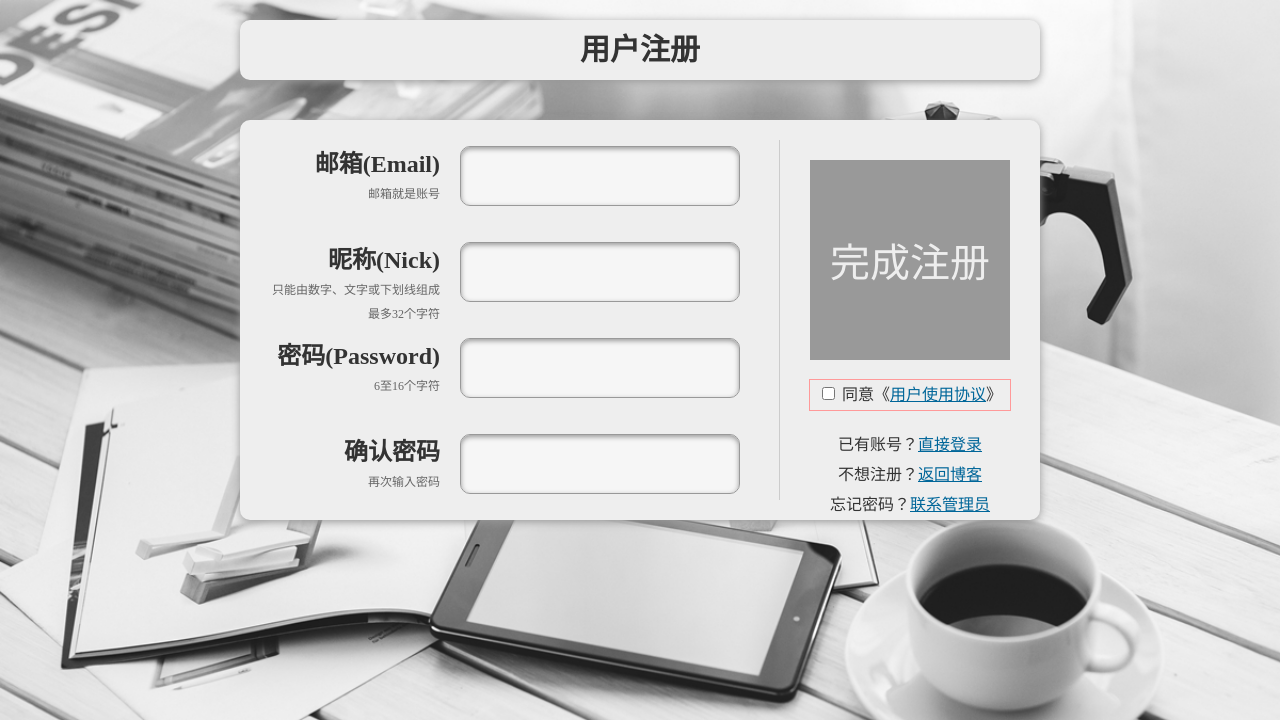
Repository: SUT-GC/myblog
Page: http://localhost/myblog/jsp/registered/registered.jsp
An editor plug-in stored every save of this project. The page is shown before and after the next save, followed by the edit.
The browser window is 1280 px wide. The pictures show the whole page.
The page is served by Tomcat 9. Other server files are loaded and not shown.

Above is the page before, as saved 2015-10-01 09:56:38.

### javaee_workspace/myblog/WebContent/jsp/registered/registered.jsp
<%@ page language="java" contentType="text/html; charset=utf-8"
    pageEncoding="utf-8"%>
<!DOCTYPE html PUBLIC "-//W3C//DTD HTML 4.01 Transitional//EN" "http://www.w3.org/TR/html4/loose.dtd">
<html>
<head>
<meta http-equiv="Content-Type" content="text/html; charset=utf-8" />
<title>GC博客用户注册</title>
<script id="jquery_183" type="text/javascript" class="library" src="js/jquery-1.8.3.min.js"></script>
</head>
<body>
<div class="back">
<div id="top"><h1>用户注册</h1></div>
<div class="form-bak">
<form method="post" action="../login/login.jsp" onsubmit="adaptValue();">
<div class="left">
<div class="line" id="line_account">
<div class="info">
<strong>邮箱(Email)</strong>
<span class="tips">邮箱就是账号</span>
</div>
<div class="input">
<input type="text" name="account" id="account" onblur="v_account();" onkeyup="v_account();"/>
<div class="none">
<span></span>
</div>
</div>
</div>
<div class="line" id="line_name">
<div class="info">
<strong>昵称(Nick)</strong>
<span class="tips">只能由数字、文字或下划线组成<br />最多32个字符</span>
</div>
<div class="input">
<input type="text" name="name" id="name" onblur="v_name();" onkeyup="v_name();" />
<div class="none">
<span></span>
</div>
</div>
</div>
<div class="line" id="line_password">
<div class="info">
<strong>密码(Password)</strong>
<span class="tips">6至16个字符</span>
</div>
<div class="input">
<input type="password" name="password" id="password" onblur="v_password();" onkeyup="v_password();" />
<div class="none">
<span></span>
</div>
</div>
</div>
<div class="line" id="line_repeat">
<div class="info">
<strong>确认密码</strong>
<span class="tips">再次输入密码</span>
</div>
<div class="input">
<input type="password" name="repeat" id="repeat" onblur="v_repeat();" onkeyup="v_repeat();" />
<div class="none">
<span></span>
</div>
</div>
</div>
</div>
<div class="right">
<input type="submit" id="submit" value="完成注册" disabled="disabled"/>
<div class="readagreement-wrap" onclick="onReadAgreementClick();">
<input type="checkbox" name="agree" id="agree" onchange="v_submitbutton();" />
同意《<a id="readagreement" href="#agreement" onclick="showAgreement();" title="查看用户使用协议">用户使用协议</a>》
</div>
<div>已有账号？<a href="../login/login.jsp">直接登录</a></div>
<div>不想注册？<a href="../nav/index.jsp">返回博客</a></div>
<div>忘记密码？<a href="#">联系管理员</a></div>
</div>
</form>
</div>
<div id="agreement" class="agreement" style="display:none;">
<h1>用户使用协议</h1>
<iframe src=""></iframe>
<input type="button" value="同意" onclick="agree();"/>
<a href="#" class="backtotop" >返回顶部</a>
</div>
</div>
</body>
</html>
<style>* { font-family:"微软雅黑","黑体","宋体"; color:#333;}
a {color:#069;}
body {margin:0; padding:0; background:#ddd;  background: url('img/registered_bg.jpg');
  background-size: 100%,auto;}
.form-bak {width:800px; height:400px; margin:40px auto; background:#eee; border-radius:10px; box-shadow:0 2px 8px #999;}
.left {float:left; width:500px; height:400px;}
.line {width:100%; height:80px; margin:16px 0 0 0;}
.info {float:left; height:100%; width:200px;}
.info strong, .info span {display:block; text-align:right;}
.info strong {font-size:24px; line-height:36px; margin-top:10px; color:#333; }
.info span {font-size:12px; line-height:24px; color:#666; font-family:"微软雅黑","宋体"; }
.input input {background:none; border:none; outline:none; font-size:18px; line-height:40px; height:40px; width:240px; padding:9px 0 9px 9px; border-radius:10px;}
.input {float:right; width:278px; height:58px; background:#f6f6f6; border:1px solid #999; border-radius:10px; box-shadow:inset 0 2px 5px #999; margin:10px 0; position:relative; }
.error,.corect {height:20px; width:20px; position:absolute; top:19px; right:9px; background:url("js/ICON_20.svg") no-repeat 0 -20px;}
.error span {display:block; position:absolute; top:30px; right:20px; background:#fcc; border:1px solid #f33; font-size:12px; line-height:16px; color:#600; padding:6px 10px 4px 10px; border-radius:5px; opacity:.8; white-space:nowrap; overflow:hidden;}
.corect {background-position:0 0;}
.corect span{display:none;}
.none {display:none;}

.right {float:right; width:260px; height:360px; margin:20px 0 0 0; border-left:1px solid #ccc;}
input[type=submit] {background:none; border:none; outline:none; margin:0; padding:0; cursor:pointer;
font-size:40px; height:200px; width:200px; background:#369; margin:20px 30px 0 30px; color:#eee;}
input[type=submit]:disabled {background:#999; cursor:no-drop;}
.right div { margin:0 30px; width:200px; height:30px; line-height:30px; text-align:center;}
.readagreement-wrap {margin:20px 30px!important; outline:1px solid #f99;}

#top h1 {font-size:30px; line-height:40px; padding:10px; text-align:center;}
.agreement,#top {width:800px; margin:20px auto; background:#eee; border-radius:10px; box-shadow:0 2px 8px #999; text-align:center;}
.agreement h1 {display:block; font-size:24px; line-height:30px; padding:20px 20px 10px 20px; margin:0; color:#333; text-align:center;}
.agreement iframe { width:760px; min-height:400px; margin:0 20px 20px 20px; border:none; outline:none;}
.agreement .backtotop {display:block; line-height:20px; padding:10px; text-align:center;}
</style>

<script>function enableSubmit(bool){
if(bool)$("#submit").removeAttr("disabled");
else $("#submit").attr("disabled","disabled");
}
function v_submitbutton(){
if($("#agree").attr("checked")!="checked") {
enableSubmit(false);
$(".readagreement-wrap").css("outline","1px solid #f99");
return;
}else{$(".readagreement-wrap").css("outline","1px solid #9f9");}
for(f in flags) if(!flags[f]) {enableSubmit(false); return;}
enableSubmit(true);
}
function showAgreement(){
$("#readagreement").removeAttr("onclick");
$("#agreement").show();
$("#agreement iframe").attr("src","http://www.baidu.com");//此处为链接地址
}
function agree(){
$("#agreement").hide();
$("#readagreement").attr("onclick","showAgreement();");
if($("#agree").attr("checked")!="checked") $("#agree").trigger("click");
}
function onReadAgreementClick(){
return;
if($("#agree").attr("checked")){
$("#agree").removeAttr("checked");
}else{
$("#agree").attr("checked","checked");
}
v_submitbutton();
}
var flags = [false,false,false,false];
//邮箱验证，网上找到的正则
var RegEmail = /^([a-zA-Z0-9]+[_|\_|\.]?)*[a-zA-Z0-9]+@([a-zA-Z0-9]+[_|\_|\.]?)*[a-zA-Z0-9]+\.[a-zA-Z]{2,3}$/;
function lineState(name,state,msg){
if(state=="none"){$("#line_"+name+" .input div").attr("class","none"); return;}
if(state=="corect"){$("#line_"+name+" .input div").attr("class","corect");return;}
$("#line_"+name+" .input span").text(msg);$("#line_"+name+" .input div").attr("class","error");
}
function v_account(){
var account = $("#account").val();
if(!RegEmail.test(account)) {lineState("account","error","邮箱格式不正确"); flags[0]=false;enableSubmit(false);}
else{lineState("account","corect","");flags[0] = true;}
v_submitbutton();
}
function v_name(){
var name = $("#name").val();
if(name.length==0) {lineState("name","error","不得为空"); flags[1]=false;}
else{
if(name.length>32) {lineState("name","error","必须少于32个字符"); flags[1]=false;}
else{lineState("name","corect",""); flags[1] = true;}
}
v_submitbutton();
}
function v_password(){
var password = $("#password").val();
if(password.length<6) {lineState("password","error","必须多于或等于6个字符"); flags[2]=false;}
else{
if(password.length>16){lineState("password","error","必须少于或等于16个字符"); flags[2]=false;}
else{
lineState("password","corect","");
flags[2] = true;
}
}
v_repeat();
v_submitbutton();
}
function v_repeat(){
if(!flags[2]) {lineState("repeat","none",""); return;}
if($("#password").val()!=$("#repeat").val()) {lineState("repeat","error","密码不一致"); flags[3]=false;}
else{
lineState("repeat","corect","");
flags[3] = true;
}
v_submitbutton();
}

function adaptValue(){
return true;
}</script>

Loaded but not shown: javaee_workspace/myblog/WebContent/jsp/registered/js/jquery-1.8.3.min.js (library)

After the next save:
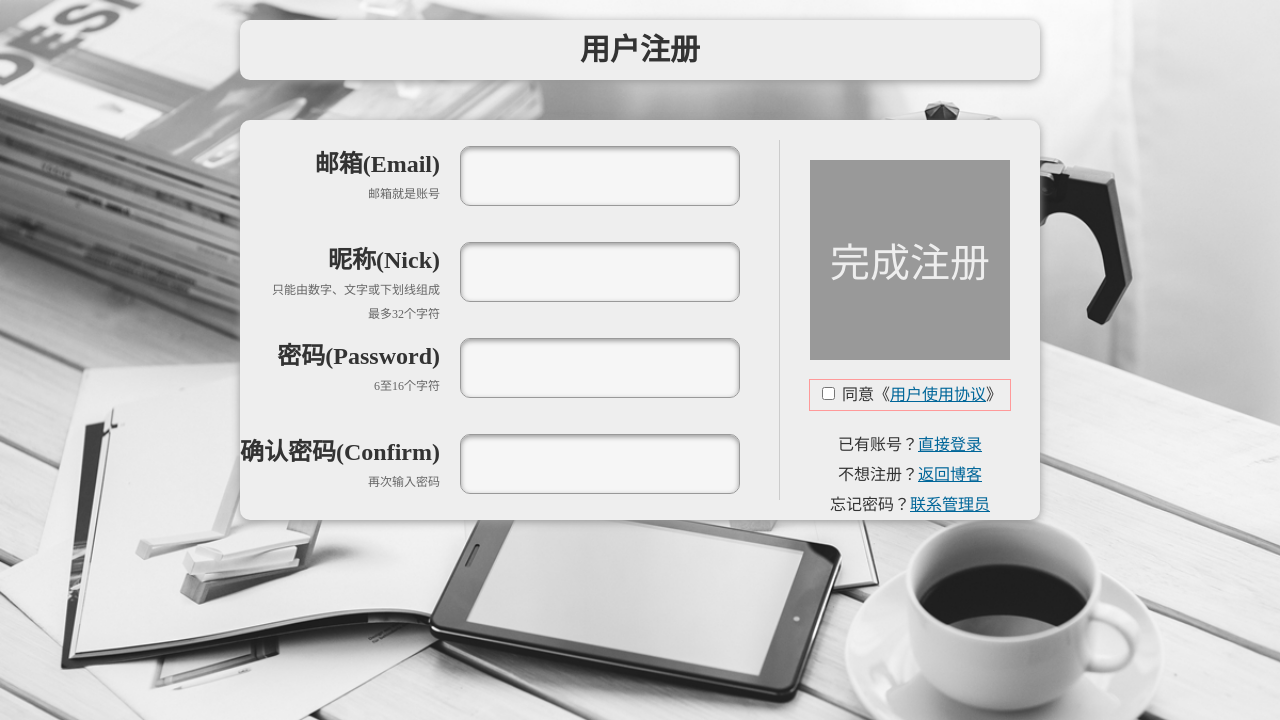
Saved 31 s later.
--- a/javaee_workspace/myblog/WebContent/jsp/registered/registered.jsp
+++ b/javaee_workspace/myblog/WebContent/jsp/registered/registered.jsp
@@ -51,7 +51,7 @@
 </div>
 <div class="line" id="line_repeat">
 <div class="info">
-<strong>确认密码</strong>
+<strong>确认密码(Confirm)</strong>
 <span class="tips">再次输入密码</span>
 </div>
 <div class="input">

After the save that followed:
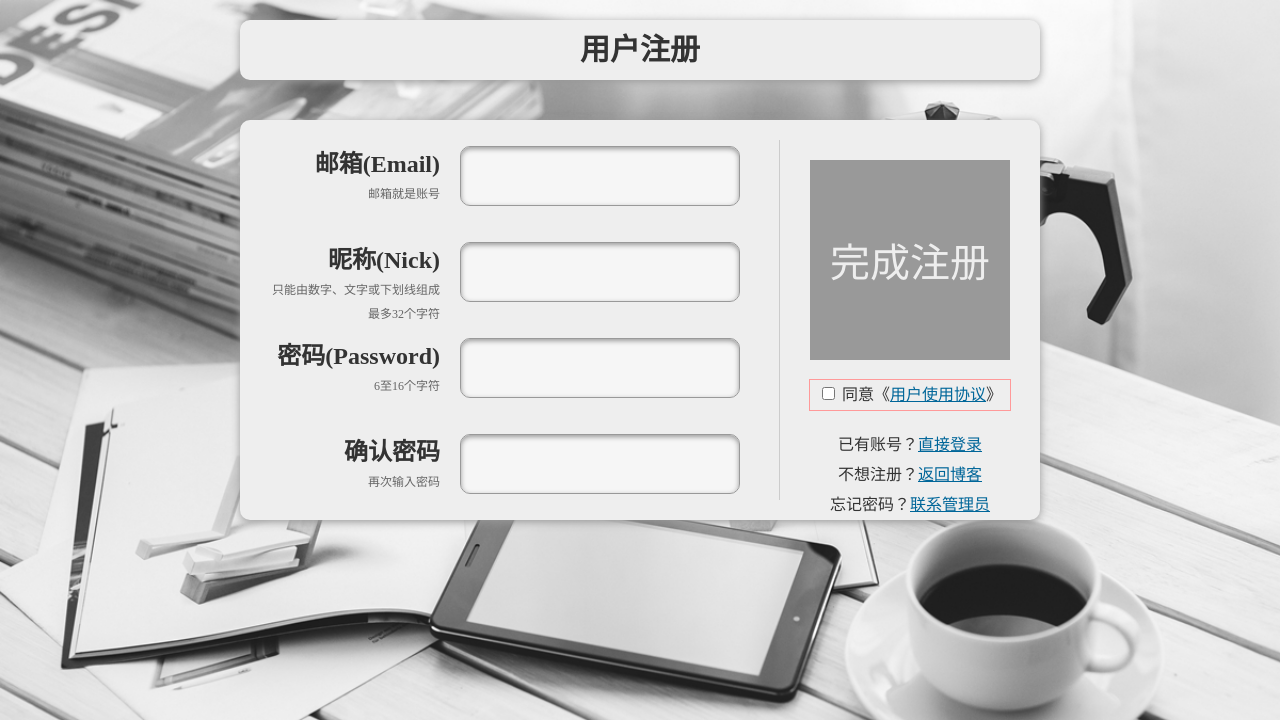
Saved 12 s later.
--- a/javaee_workspace/myblog/WebContent/jsp/registered/registered.jsp
+++ b/javaee_workspace/myblog/WebContent/jsp/registered/registered.jsp
@@ -51,7 +51,7 @@
 </div>
 <div class="line" id="line_repeat">
 <div class="info">
-<strong>确认密码(Confirm)</strong>
+<strong>确认密码</strong>
 <span class="tips">再次输入密码</span>
 </div>
 <div class="input">
